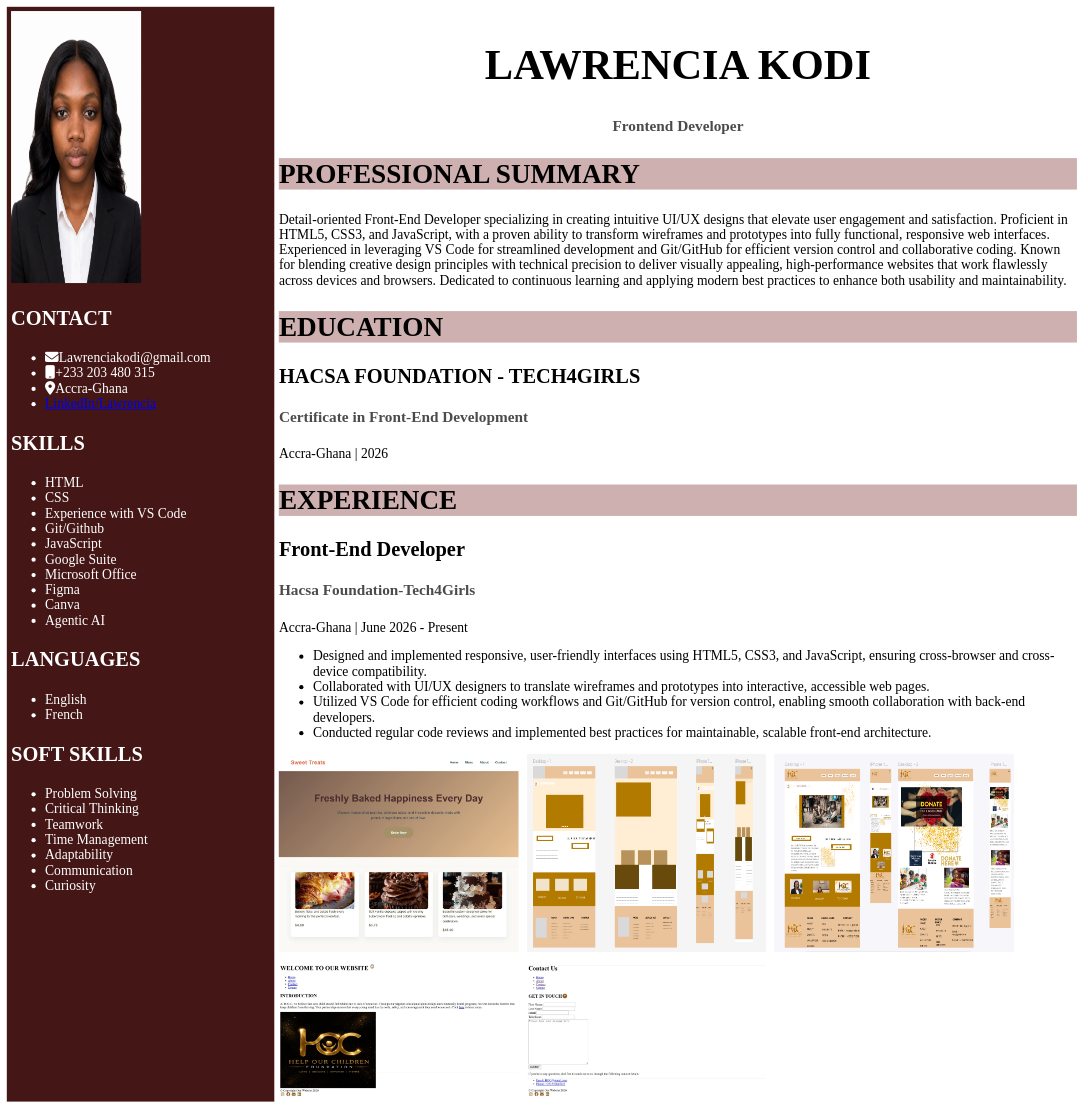
Repository: lawrencia-coder/T4G_CV
Page: index.html
An editor plug-in stored every save of this project. The page is shown before and after the next save, followed by the edit.
The browser window is 1280 px wide. The pictures show the whole page, at 85% of full size.
Some icons come from a web library that is not loaded, so they are not drawn. Some web libraries are served in a nearby version.

Above is the page before, as saved 2026-07-15 08:50:34.

### index.html
<!DOCTYPE html>
<html lang="en">
<head>
    <meta charset="UTF-8">
    <meta name="viewport" content="width=device-width, initial-scale=1.0">
    <script src="https://kit.fontawesome.com/c72fc9c022.js" crossorigin="anonymous"></script>
    <title>T4G_CV</title>
    <link rel="stylesheet" href="style.css">
</head>
<body>
    <div class="cv-container">
        <div class="left-column">
            <img src="images/passport pic 1.png" alt="" width="50%" height="25%">
            <h3>CONTACT</h3>
             <p>
              <ul>
                <li><i class="fa-solid fa-envelope" style="color: rgb(255, 255, 255);"></i>Lawrenciakodi@gmail.com</li>
                <li><i class="fa-solid fa-mobile" style="color: rgb(255, 255, 255);"></i>+233 203 480 315</li>
                <li><i class="fa-solid fa-location-dot" style="color: rgb(255, 255, 255);"></i>Accra-Ghana</li>
                <li><i class="fa-brands fa-square-linkedin" style="color: rgb(255, 255, 255);"></i><a href="www.linkedin.com/in/lawrencia-kodi-192a71305" target="_blank" rel="noopener noreferrer">LinkedIn/Lawrencia</a></li>
              </ul>
             </p>

            <h3>SKILLS</h3>
             <p>
                <ul>
                    <li>HTML</li>
                    <li>CSS</li>
                    <li>Experience with VS Code</li>
                    <li>Git/Github</li>
                    <li>JavaScript</li>
                    <li>Google Suite</li>
                    <li>Microsoft Office</li>
                    <li>Figma</li>
                    <li>Canva</li>
                    <li>Agentic AI</li>
                </ul>
             </p>

             <h3>LANGUAGES</h3>
             <p>
                <ul>
                    <li>English</li>
                    <li>French</li>
                </ul>
             </p>

             <h3>SOFT SKILLS</h3>
             <p>
                <ul>
                    <li>Problem Solving</li>
                    <li>Critical Thinking</li>
                    <li>Teamwork</li>
                    <li>Time Management</li>
                    <li>Adaptability</li>
                    <li>Communication</li>
                    <li>Curiosity</li>
                </ul>
             </p>
        </div>
         <div class="right-column">
             <h1>LAWRENCIA KODI  </h1>
             <h4 style="text-align: center;">Frontend Developer</h4>
             <h2>PROFESSIONAL SUMMARY</h2>
              <p>Detail-oriented Front-End Developer specializing in creating intuitive UI/UX designs that elevate user engagement and satisfaction.
                 Proficient in HTML5, CSS3, and JavaScript, with a proven ability to transform wireframes and prototypes into fully functional, responsive web interfaces.
                 Experienced in leveraging VS Code for streamlined development and Git/GitHub for efficient version control and collaborative coding.
                 Known for blending creative design principles with technical precision to deliver visually appealing, high-performance websites that work flawlessly across devices and browsers.
                 Dedicated to continuous learning and applying modern best practices to enhance both usability and maintainability.
                </p>

                <h2>EDUCATION</h2>
                <h3>HACSA FOUNDATION - TECH4GIRLS</h3>
                <h4>Certificate in Front-End Development</h4>
                <p>Accra-Ghana   |   2026</p>

                <h2>EXPERIENCE</h2>
                <p>
                    <h3>Front-End Developer</h3>
                    <h4>Hacsa Foundation-Tech4Girls </h4>
                    <p2>Accra-Ghana   |   June 2026 - Present</p2>
                </p>
                 <p>
                    <ul>
                        <li>Designed and implemented responsive, user-friendly interfaces using HTML5, CSS3, and JavaScript, ensuring cross-browser and cross-device compatibility.</li>
                        <li>Collaborated with UI/UX designers to translate wireframes and prototypes into interactive, accessible web pages.</li>
                        <li>Utilized VS Code for efficient coding workflows and Git/GitHub for version control, enabling smooth collaboration with back-end developers.</li>
                        <li>Conducted regular code reviews and implemented best practices for maintainable, scalable front-end architecture.</li>
                    </ul>
                 </p>

                 <div class="portfolio">
                    <img src="images/Screenshot_15-7-2026_84035_lawrencia-coder.github.io.jpeg" alt="">
                    <img src="images/Screenshot 2026-07-15 082621.png" alt="">
                    <img src="images/Screenshot 2026-07-15 082739.png" alt="">
                    <img src="images/Screenshot_15-7-2026_83441_lawrencia-coder.github.io.jpeg" alt="">
                    <img src="images/Screenshot_15-7-2026_83647_lawrencia-coder.github.io.jpeg" alt="">
                    <img src="" alt="">
                 </div>
         </div
    </div>

</body>
</html>

### style.css
/* styling headings */
h1{
    text-align: center;
    font-size: 50px;
    margin-bottom: none;
}

h4{
    opacity: calc(70%);
    font-size: large;
}

h2{
    background-color: rgb(206, 176, 176);
    font-size: xx-large;
}

h3{
    font-size: x-large;
}

h5{
font-size: large;
opacity: 80%;
display: flex;
flex-direction: row;
}

h6{
align-self: flex-end;
}


/* styling cv-container */
.cv-container{
    display: flex;
    width: 100%;
    min-height: 100vh;
}

.left-column{
width: 26%;
background-color: rgb(69, 22, 22);
color: white;
padding: 5px;
}

.right-column{
    width: 80%;
    background-color: white;
    color: black;
    padding: 5px;
}
 /* portfolio styling */
.portfolio{
    display: flex;
    flex-wrap: wrap;
    gap: 10px;
}
.portfolio img{
    width: 30%;
    height: auto;
}

After the next save:
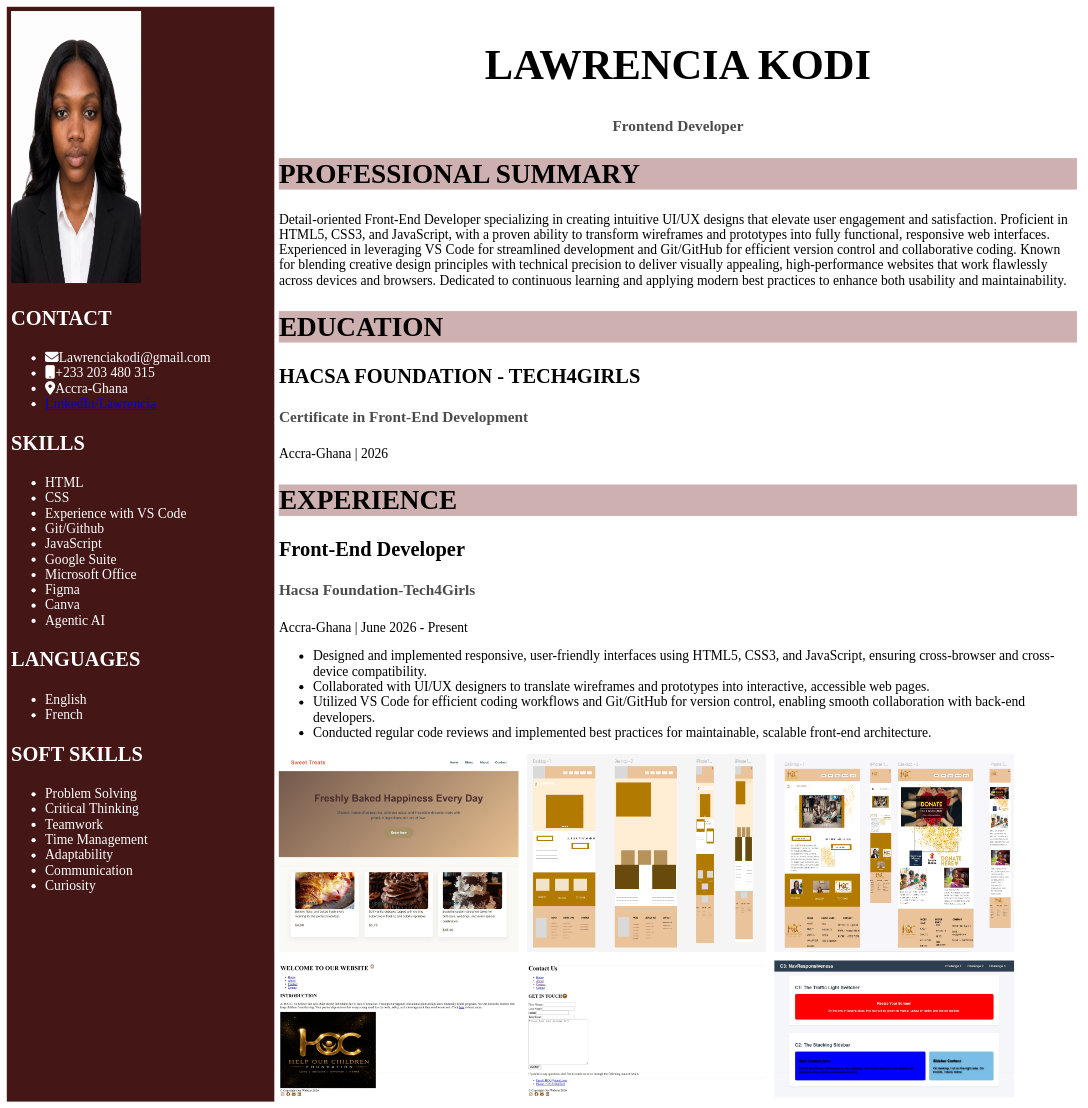
Saved 26 s later.
--- a/index.html
+++ b/index.html
@@ -95,7 +95,7 @@
                     <img src="images/Screenshot 2026-07-15 082739.png" alt="">
                     <img src="images/Screenshot_15-7-2026_83441_lawrencia-coder.github.io.jpeg" alt="">
                     <img src="images/Screenshot_15-7-2026_83647_lawrencia-coder.github.io.jpeg" alt="">
-                    <img src="" alt="">
+                    <img src="images/Screenshot_15-7-2026_83852_lawrencia-coder.github.io.jpeg" alt="">
                  </div>
          </div
     </div>
